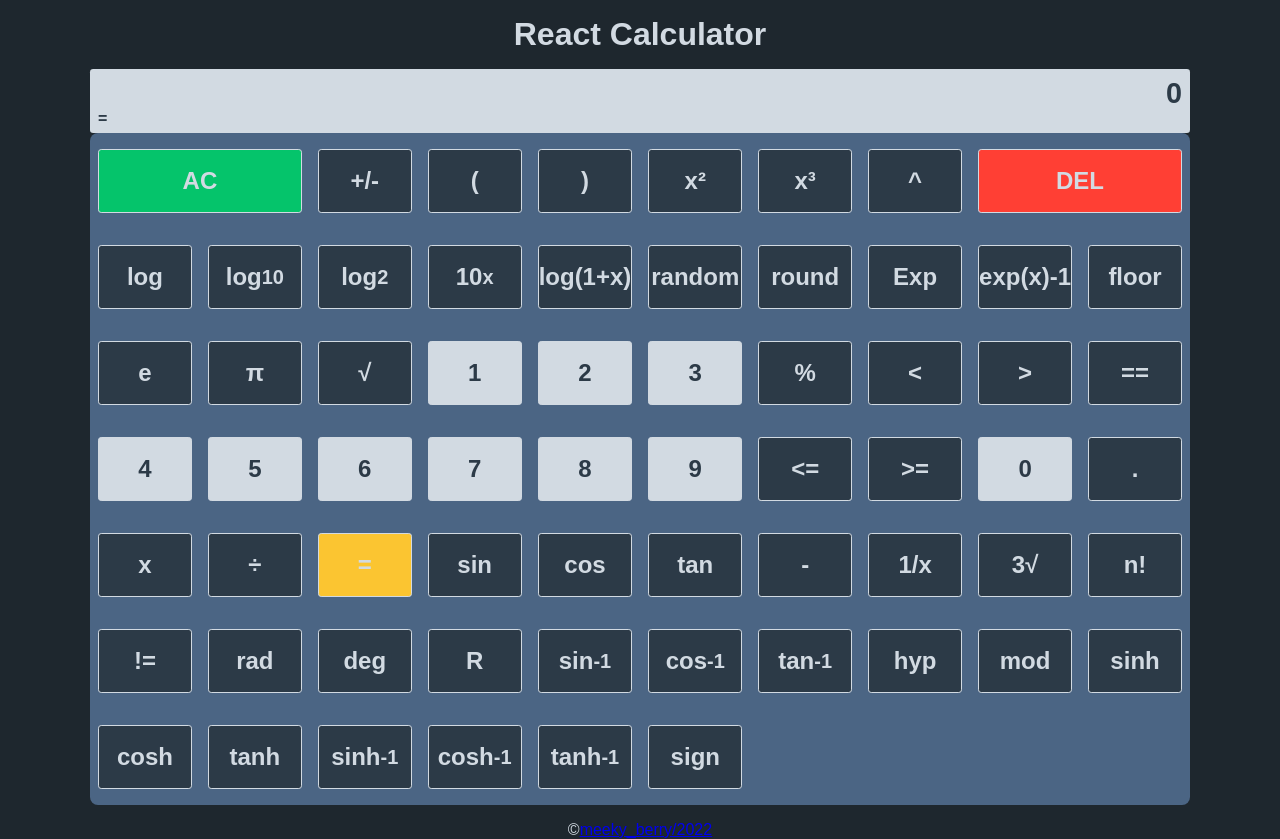
Repository: MikkyPrestige/calculator
Page: /
An editor plug-in stored every save of this project. The page is shown before and after the next save, followed by the edit.
The browser window is 1280 px wide. The pictures show the whole page.
The project was rebuilt for these pictures with package versions that can differ from the ones it lists, and the page was loaded fresh each time.

Above is the page before, as saved 2022-11-17 22:33:18.

### src/index.css
* {
 margin: 0;
 padding: 0;
 box-sizing: border-box;
}

body {
 font-family: 'Poppins', sans-serif;
 background: #1e272e;
}

.heading {
  color: #d2dae2;
  text-align: center;
  margin: 1rem;
}

.app-container {
 width: 100%;
 max-width: 1100px;
 margin: 1rem auto;
}

.display {
 background-color: #d2dae2;
 color: #2C3A47;
 height: 4rem;
 font-size: 1.8rem;
 font-weight: 700;
 display: flex;
 flex-direction: column;
 padding: .5rem;
 border-radius: .2rem;
}

.display-calc {
 display: flex;
 justify-content: flex-end;
 align-items: center;
}

.display-result {
 display: flex;
 justify-content: flex-start;
 align-items: center;
 font-size: 1rem;
 font-weight: 700;
}

.operators {
  display: grid;
  grid-template-columns: repeat(10, 1fr);
  grid-gap: 1rem;
  padding: .5rem;
  border-radius: .5rem;
  background-color: #4b6584;
  -webkit-border-radius: .5rem;
  -moz-border-radius: .5rem;
  -ms-border-radius: .5rem;
  -o-border-radius: .5rem;
}

.operator {
 background-color: #2C3A47;
 color: #d2dae2;
 font-size: 1.5rem;
 font-weight: 700;
 height: 4rem;
 display: flex;
 justify-content: center;
 align-items: center;
 border-radius: .2rem;
 border: 1px solid #d2dae2;
 margin: .5rem 0;
}

.operator:hover {
 background-color: #d2dae2;
 color: #2C3A47;
 cursor: pointer;
}

.operator:active {
 background-color: #2C3A47;
 color: #d2dae2;
}

.digit {
  background-color: #d2dae2;
  color: #2C3A47;
  font-size: 1.5rem;
  font-weight: 700;
  height: 4rem;
  display: flex;
  justify-content: center;
  align-items: center;
  border-radius: .2rem;
  border: 1px solid #d2dae2;
  margin: .5rem 0;
}

.digit:hover {
  background-color: #2C3A47;
  color: #d2dae2;
  cursor: pointer;
}

.digit:active {
  background-color: #d2dae2;
  color: #2C3A47;
}

.clear {
  background-color: #05c46b;
  color: #d2dae2;
  grid-column: 1 / 3;
  grid-row: 1 / 2;
}

.clear:hover {
  background-color: #d2dae2;
  color: #05c46b;
}

.clear:active {
  background-color: #05c46b;
  color: #d2dae2;
}

.delete {
  background-color: #ff3f34;
  color: #d2dae2;
  grid-column: 9 / -1;
  grid-row: 1 / 2;
}

.delete:hover {
  background-color: #d2dae2;
  color: #ff3f34;
}

.delete:active {
  background-color: #ff3f34;
  color: #d2dae2;
}

.equalTo {
  background-color: #fbc531;
  color: #d2dae2;
}

.equal:hover {
  background-color: #d2dae2;
  color: #fbc531;
}

.equal:active {
  background-color: #fbc531;
  color: #d2dae2;
}

.modulo {
  grid-column: 7 / 8;
  grid-row: 3 / 4;
}

.greater {
  grid-column: 8 / 9;
  grid-row: 3 / 4;
}

.less {
  grid-column: 9 / 10;
  grid-row: 3 / 4;
}

.equal {
  grid-column: 10 / 11;
  grid-row: 3 / 4;
}

.greaterTo {
  grid-column: 7 / 8;
  grid-row: 4 / 5;
}

.lessTo {
  grid-column: 8 / 9;
  grid-row: 4 / 5;
}


.plus {
  grid-column: 7 / 8;
  grid-row: 4 / 5;
}

.minus {
  grid-column: 7 / 8;
  grid-row: 5 / 6;
}
.cube {
 /* grid-row: 3; */
}

.sqrt {
 /* grid-row: 4; */
}

.exponent {
 /* grid-row: 5; */
}

.pie {
 /* grid-row: 5; */
}

.log {
 /* grid-row: 3; */
}

.logTen {
 /* grid-row: 4; */
}

.sin {
 /* grid-row: 3; */
}

.tan {
 /* grid-row: 4; */
}

.cos  {
 /* grid-row: 5; */
}

.zero {
 /* grid-row: 6; */
 /* grid-column: 5; */
}

.attribution {
  color: #d2dae2;
  text-align: center;
}

### src/App.js
import React from 'react';
import { useState } from 'react';

function App() {
  // DECLARE A NEW STATE VARIABLE
  const [calc, setCalc] = useState("");
  const [result, setResult] = useState("");

  // OPERATORS VARIABLE IS AN ARRAY OF OPERATORS THAT WILL BE USED TO CHECK IF THE USER IS TRYING TO ENTER AN OPERATOR OR NOT
  const ops = ["+", "-", "*", "/", ".", "<", ">", "<=", ">=", "±", "%", "!="];

  // UPDATE CALC STATE VARIABLE WITH THE VALUE OF THE BUTTON THAT WAS CLICKED
  const updateCalc = value => {
    if (
      (ops.includes(value) && calc === "") || // IF THE VALUE IS AN OPERATOR AND THE CALC STATE VARIABLE IS EMPTY
      (ops.includes(value) && ops.includes(calc.slice(-1))) // IF THE VALUE IS AN OPERATOR AND THE LAST CHARACTER OF THE CALC STATE VARIABLE IS ALSO AN OPERATOR
    ) {
      return;
    }

    setCalc(calc + value);  // UPDATE THE CALC STATE VARIABLE WITH THE VALUE OF THE BUTTON THAT WAS CLICKED

    if (!ops.includes(value)) {  // IF THE VALUE IS NOT AN OPERATOR
      setResult(eval(calc + value).toString());   // EVALUATE THE CALC STATE VARIABLE AND UPDATE THE RESULT STATE VARIABLE
    }
  };

  // CREATE CLEAR FUNCTION
  const clear = () => {
    setCalc("");    // SET CALC STATE VARIABLE TO EMPTY
    setResult("");  // SET RESULT STATE VARIABLE TO EMPTY
  };

  // CREATE DELETE FUNCTION
  const del = () => {
    if (calc === "") {
      return;
    }
    const value = calc.slice(0, -1);  // REMOVE THE LAST CHARACTER OF THE CALC STATE VARIABLE
    setCalc(value);  // UPDATE THE CALC STATE VARIABLE
  };

  // CREATE EVALUATE FUNCTION
  const calculate = () => {
    setCalc(eval(calc).toString());  // EVALUATE THE CALC STATE VARIABLE AND UPDATE THE CALC STATE VARIABLE
    setResult("");  // SET RESULT STATE VARIABLE TO EMPTY
  };

  // CREATE PERCENTAGE FUNCTION
  const percentage = () => {
    if (calc === "") {
      return;
    }
    const value = parseFloat(calc);   // CONVERT THE CALC STATE VARIABLE TO A FLOAT
    if (value === 0) {
      return;
    }
    setCalc((value / 100).toString());  // DIVIDE THE CALC STATE VARIABLE BY 100 AND UPDATE THE CALC STATE VARIABLE
  };

  // CREATE POSITIVE/NEGATIVE FUNCTION
  const posNeg = () => {
    if (calc === "") {
      return;
    }
    const value = parseFloat(calc);
    if (value === 0) {
      return;
    }
    setCalc((value * -1).toString());  // MULTIPLY THE CALC STATE VARIABLE BY -1 AND UPDATE THE CALC STATE VARIABLE
  };

  // CREATE BRACKET FUNCTION
  const bracket = value => {
    if (calc === "" && value === "(" && ")") { // IF THE CALC STATE VARIABLE IS EMPTY AND THE VALUE IS "(" && ")"
      setCalc(calc + value);
      return;
    }
    setCalc(calc + value);  // UPDATE THE CALC STATE VARIABLE WITH THE VALUE OF THE BUTTON THAT WAS CLICKED
  };

  // CREATE SQUARE FUNCTION
  const square = () => {
    if (calc === "") {
      return;
    }
    const value = parseFloat(calc);
    if (value === 0) {
      return;
    }
    setCalc((value * value).toString());  // MULTIPLY THE CALC STATE VARIABLE BY ITSELF AND UPDATE THE CALC STATE VARIABLE
  };

  // CREATE A CUBE FUNCTION
  const cube = () => {
    if (calc === "") {
      return;
    }
    const value = parseFloat(calc);
    if (value === 0) {
      return;
    }
    setCalc((value * value * value).toString());  // MULTIPLY THE CALC STATE VARIABLE BY ITSELF THREE TIMES AND UPDATE THE CALC STATE VARIABLE
  };

  // CREATE SQUARE ROOT FUNCTION
  const squareRoot = () => {
    if (calc === "") {
      return;
    }
    const value = parseFloat(calc);
    if (value === 0) {
      return;
    }
    setCalc(Math.sqrt(value).toString());  // CALCULATE THE SQUARE ROOT OF THE CALC STATE VARIABLE AND UPDATE THE CALC STATE VARIABLE
  };

  // CREATE PI FUNCTION
  const pi = () => {
    if (calc === "") {
      return;
    }
    const value = parseFloat(calc);
    if (value === 0) {
      return;
    }
    setCalc((value * 3.141592653589793).toString());  // MULTIPLY THE CALC STATE VARIABLE BY PI AND UPDATE THE CALC STATE VARIABLE
  };

  // CREATE E FUNCTION
  const e = () => {
    if (calc === "") {
      return;
    }
    const value = parseFloat(calc);
    if (value === 0) {
      return;
    }
    setCalc((value * 2.718281828459045).toString());  // MULTIPLY THE CALC STATE VARIABLE BY E AND UPDATE THE CALC STATE VARIABLE
  };

  // CREATE LOG FUNCTION
  const log = () => {
    if (calc === "") {
      return;
    }
    const value = parseFloat(calc);
    if (value === 0) {
      return;
    }
    setCalc(Math.log(value).toString());  // CALCULATE THE LOGARITHM OF THE CALC STATE VARIABLE AND UPDATE THE CALC STATE VARIABLE
  };

  // CREATE BASE 10 LOG FUNCTION
  const log10 = () => {
    if (calc === "") {
      return;
    }
    const value = parseFloat(calc);
    if (value === 0) {
      return;
    }
    setCalc(Math.log10(value).toString());  // CALCULATE THE BASE 10 LOGARITHM OF THE CALC STATE VARIABLE AND UPDATE THE CALC STATE VARIABLE
  };

  // CREATE BASE 2 LOG FUNCTION
  const log2 = () => {
    if (calc === "") {
      return;
    }
    const value = parseFloat(calc);
    if (value === 0) {
      return;
    }
    setCalc(Math.log2(value).toString());  // CALCULATE THE BASE 2 LOGARITHM OF THE CALC STATE VARIABLE AND UPDATE THE CALC STATE VARIABLE
  };

  // CREATE LOG1P FUNCTION
  const log1p = () => {
    if (calc === "") {
      return;
    }
    const value = parseFloat(calc);
    if (value === 0) {
      return;
    }
    setCalc(Math.log1p(value).toString());  // CALCULATE THE LOGARITHM OF THE CALC STATE VARIABLE PLUS 1 AND UPDATE THE CALC STATE VARIABLE
  };

  // CREATE EXPONENTIAL -1 FUNCTION
  const expm1 = () => {
    if (calc === "") {
      return;
    }
    const value = parseFloat(calc);
    if (value === 0) {
      return;
    }
    setCalc(Math.expm1(value).toString());  // CALCULATE THE EXPONENTIAL OF THE CALC STATE VARIABLE MINUS 1 AND UPDATE THE CALC STATE VARIABLE
  };

  // CREATE SIGN FUNCTION
  const sign = () => {
    if (calc === "") {
      return;
    }
    const value = parseFloat(calc);
    if (value === 0) {
      return;
    }
    setCalc(Math.sign(value).toString());  // CALCULATE THE SIGN OF THE CALC STATE VARIABLE AND UPDATE THE CALC STATE VARIABLE
  };

  // CREATE RAISE TO POWER 10 FUNCTION
  const pow10 = () => {
    if (calc === "") {
      return;
    }
    const value = parseFloat(calc);
    if (value === 0) {
      return;
    }
    setCalc(Math.pow(10, value).toString());  // RAISE 10 TO THE POWER OF THE CALC STATE VARIABLE AND UPDATE THE CALC STATE VARIABLE
  };

  // CREATE SIN FUNCTION
  const sin = () => {
    if (calc === "") {
      return;
    }
    const value = parseFloat(calc);
    if (value === 0) {
      return;
    }
    setCalc(Math.sin(value).toString());  // CALCULATE THE SINE OF THE CALC STATE VARIABLE AND UPDATE THE CALC STATE VARIABLE
  };

  // CREATE COS FUNCTION
  const cos = () => {
    if (calc === "") {
      return;
    }
    const value = parseFloat(calc);
    if (value === 0) {
      return;
    }
    setCalc(Math.cos(value).toString());  // CALCULATE THE COSINE OF THE CALC STATE VARIABLE AND UPDATE THE CALC STATE VARIABLE
  };

  // CREATE TAN FUNCTION
  const tan = () => {
    if (calc === "") {
      return;
    }
    const value = parseFloat(calc);
    if (value === 0) {
      return;
    }
    setCalc(Math.tan(value).toString());  // CALCULATE THE TANGENT OF THE CALC STATE VARIABLE AND UPDATE THE CALC STATE VARIABLE
  };

  // CREATE INVERSE SIN FUNCTION
  const asin = () => {
    if (calc === "") {
      return;
    }
    const value = parseFloat(calc);
    if (value === 0) {
      return;
    }
    setCalc(Math.asin(value).toString());  // CALCULATE THE INVERSE SINE OF THE CALC STATE VARIABLE AND UPDATE THE CALC STATE VARIABLE
  };

  // CREATE INVERSE COS FUNCTION
  const acos = () => {
    if (calc === "") {
      return;
    }
    const value = parseFloat(calc);
    if (value === 0) {
      return;
    }
    setCalc(Math.acos(value).toString());  // CALCULATE THE INVERSE COSINE OF THE CALC STATE VARIABLE AND UPDATE THE CALC STATE VARIABLE
  };

  // CREATE INVERSE TAN FUNCTION
  const atan = () => {
    if (calc === "") {
      return;
    }
    const value = parseFloat(calc);
    if (value === 0) {
      return;
    }
    setCalc(Math.atan(value).toString());  // CALCULATE THE INVERSE TANGENT OF THE CALC STATE VARIABLE AND UPDATE THE CALC STATE VARIABLE
  };

  // CREATE SINH FUNCTION
  const sinh = () => {
    if (calc === "") {
      return;
    }
    const value = parseFloat(calc);
    if (value === 0) {
      return;
    }
    setCalc(Math.sinh(value).toString());  // CALCULATE THE HYPERBOLIC SINE OF THE CALC STATE VARIABLE AND UPDATE THE CALC STATE VARIABLE
  };

  // CREATE COSH FUNCTION
  const cosh = () => {
    if (calc === "") {
      return;
    }
    const value = parseFloat(calc);
    if (value === 0) {
      return;
    }
    setCalc(Math.cosh(value).toString());  // CALCULATE THE HYPERBOLIC COSINE OF THE CALC STATE VARIABLE AND UPDATE THE CALC STATE VARIABLE
  };

  // CREATE TANH FUNCTION
  const tanh = () => {
    if (calc === "") {
      return;
    }
    const value = parseFloat(calc);
    if (value === 0) {
      return;
    }
    setCalc(Math.tanh(value).toString());  // CALCULATE THE HYPERBOLIC TANGENT OF THE CALC STATE VARIABLE AND UPDATE THE CALC STATE VARIABLE
  };

  // CREATE INVERSE SINH FUNCTION
  const asinh = () => {
    if (calc === "") {
      return;
    }
    const value = parseFloat(calc);
    if (value === 0) {
      return;
    }
    setCalc(Math.asinh(value).toString());  // CALCULATE THE INVERSE HYPERBOLIC SINE OF THE CALC STATE VARIABLE AND UPDATE THE CALC STATE VARIABLE
  };

  // CREATE INVERSE COSH FUNCTION
  const acosh = () => {
    if (calc === "") {
      return;
    }
    const value = parseFloat(calc);
    if (value === 0) {
      return;
    }
    setCalc(Math.acosh(value).toString());  // CALCULATE THE INVERSE HYPERBOLIC COSINE OF THE CALC STATE VARIABLE AND UPDATE THE CALC STATE VARIABLE
  };

  // CREATE INVERSE TANH FUNCTION
  const atanh = () => {
    if (calc === "") {
      return;
    }
    const value = parseFloat(calc);
    if (value === 0) {
      return;
    }
    setCalc(Math.atanh(value).toString());  // CALCULATE THE INVERSE HYPERBOLIC TANGENT OF THE CALC STATE VARIABLE AND UPDATE THE CALC STATE VARIABLE
  };

  // CREATE HYPOTENUSE FUNCTION
  const hyp = () => {
    if (calc === "") {
      return;
    }
    const value = parseFloat(calc);
    if (value === 0) {
      return;
    }
    setCalc(Math.hypot(value).toString());  // CALCULATE THE HYPOTENUSE OF THE CALC STATE VARIABLE AND UPDATE THE CALC STATE VARIABLE
  };


  // CREATE RADIAN FUNCTION
  const radian = () => {
    if (calc === "") {
      return;
    }
    const value = parseFloat(calc);
    if (value === 0) {
      return;
    }
    setCalc((value * 0.017453292519943295).toString());  // MULTIPLY THE CALC STATE VARIABLE BY RADIAN AND UPDATE THE CALC STATE VARIABLE
  };

  // CREATE DEGREE FUNCTION
  const degree = () => {
    if (calc === "") {
      return;
    }
    const value = parseFloat(calc);
    if (value === 0) {
      return;
    }
    setCalc((value * 57.29577951308232).toString());  // MULTIPLY THE CALC STATE VARIABLE BY DEGREE AND UPDATE THE CALC STATE VARIABLE
  };

  // CREATE RADIUS FUNCTION
  const radius = () => {
    if (calc === "") {
      return;
    }
    const value = parseFloat(calc);
    if (value === 0) {
      return;
    }
    setCalc((value * 0.5).toString());  // MULTIPLY THE CALC STATE VARIABLE BY RADIUS AND UPDATE THE CALC STATE VARIABLE
  };

  // CREATE RECIPROCAL/INVERSE FUNCTION
  const reciprocal = () => {
    if (calc === "") {
      return;
    }
    const value = parseFloat(calc);
    if (value === 0) {
      return;
    }
    setCalc((1 / value).toString());  // DIVIDE 1 BY THE CALC STATE VARIABLE AND UPDATE THE CALC STATE VARIABLE
  };

  // CREATE RANDOM FUNCTION
  const random = () => {
    if (calc === "") {
      return;
    }
    const value = parseFloat(calc);
    if (value === 0) {
      return;
    }
    setCalc(Math.random(value).toString());  // RANDOMLY GENERATE A NUMBER AND UPDATE THE CALC STATE VARIABLE
  };

  // CREATE ROUND FUNCTION
  const round = () => {
    if (calc === "") {
      return;
    }
    const value = parseFloat(calc);
    if (value === 0) {
      return;
    }
    setCalc(Math.round(value).toString());  // ROUND THE CALC STATE VARIABLE AND UPDATE THE CALC STATE VARIABLE
  };

  // CREATE FLOOR FUNCTION
  const floor = () => {
    if (calc === "") {
      return;
    }
    const value = parseFloat(calc);
    if (value === 0) {
      return;
    }
    setCalc(Math.floor(value).toString());  // FLOOR OF THE CALC STATE VARIABLE AND UPDATE THE CALC STATE VARIABLE
  };

  // CREATE EXPONENTIAL FUNCTION
  const exponential = () => {
    if (calc === "") {
      return;
    }
    const value = parseFloat(calc);
    if (value === 0) {
      return;
    }
    setCalc(Math.exp(value).toString());  // EXPONENTIAL OF THE CALC STATE VARIABLE AND UPDATE THE CALC STATE VARIABLE
  };

  // CREATE CUBE ROOT FUNCTION
  const cubeRoot = () => {
    if (calc === "") {
      return;
    }
    const value = parseFloat(calc);
    if (value === 0) {
      return;
    }
    setCalc(Math.cbrt(value).toString());  // CUBE ROOT OF THE CALC STATE VARIABLE AND UPDATE THE CALC STATE VARIABLE
  };

  // CREATE FACTORIAL FUNCTION
  const factorial = () => {
    if (calc === "") {
      return;
    }
    const value = parseFloat(calc);
    if (value === 0) {
      return;
    }
    setCalc(factorialize(value).toString());  // FACTORIAL OF THE CALC STATE VARIABLE AND UPDATE THE CALC STATE VARIABLE
  };

  // CREATE FACTORIAL FUNCTION
  const factorialize = (num) => {
    if (num < 0) {
      return -1;
    } else if (num === 0) {
      return 1;
    } else {
      return num * factorialize(num - 1);
    }
  };

  // CREATE DIGITS FUNCTION
  const createDigits = () => {
    const digits = []; // CREATE DIGITS ARRAY
    for (let i = 1; i < 10; i++) { // LOOP THROUGH DIGITS 1-9
      digits.push(i); // PUSH NUMBERS 1-9 TO DIGITS ARRAY
    }
    return digits;
  };

  //RETURN THE CALCULATOR SCREEN AND BUTTONS
  return (
    <div className='app'>
      <header>
        <h1 className='heading'>React Calculator</h1>
      </header>
      <div className='app-container'>
        <div className='display'>
          <div className='display-calc'>
            {calc || "0"}  {/* DISPLAY CALC STATE VARIABLE OR 0 */}
          </div>
          <div className='display-result'>
            = {result}  {/* DISPLAY RESULT STATE VARIABLE */}
          </div>
        </div>
        <div className='operators'>
          <button onClick={clear} className='operator clear'>AC</button>
          <button onClick={posNeg} className='operator'>+/-</button>
          <button onClick={() => bracket('(')} className='operator'>(</button>
          <button onClick={() => bracket(')')} className='operator'>)</button>
          <button onClick={square} className='operator'>x²</button>
          <button onClick={del} className='operator delete'>DEL</button>
          <button onClick={cube} className='operator cube'>x³</button>
          <button onClick={() => updateCalc('**')} className='operator'>^</button>
          <button onClick={log} className='operator log'>log</button>
          <button onClick={log10} className='operator logTen'>log<sub>10</sub></button>
          <button onClick={log2} className='operator'>log<sub>2</sub></button>
          <button onClick={pow10} className='operator'>10<sup>x</sup></button>
          <button onClick={log1p} className='operator'>log(1+x)</button>
          <button onClick={random} className='operator'>random</button>
          <button onClick={round} className='operator'>round</button>
          <button onClick={exponential} className='operator'>Exp</button>
          <button onClick={expm1} className='operator'>exp(x)-1</button>
          <button onClick={floor} className='operator'>floor</button>
          <button onClick={e} className='operator exponent'>e</button>
          <button onClick={pi} className='operator pie'>π</button>
          <button onClick={squareRoot} className='operator sqrt'>√</button>
          {createDigits().map((digit) => (
            <button onClick={() => updateCalc(digit.toString())} className='digit' key={digit}>{digit}</button> // CREATE DIGITS BUTTONS AND MAP THROUGH DIGITS ARRAY TO DISPLAY DIGITS 1-9 ON BUTTONS
          ))}
          <button onClick={() => updateCalc('0')} className='zero digit'>0</button>
          <button onClick={() => updateCalc('.')} className='operator'>.</button>
          <button onClick={percentage} className='operator modulo'>%</button>
          <button onClick={() => updateCalc('*')} className='operator multiply'>x</button>
          <button onClick={() => updateCalc('/')} className='operator divide'>÷</button>
          <button onClick={() => updateCalc('-')} className='operator minus'>-</button>
          <button onClick={() => updateCalc('+')} className='operator plus'>+</button>
          <button onClick={calculate} className='operator equalTo'>=</button>
          <button onClick={sin} className='operator sin'>sin</button>
          <button onClick={cos} className='operator cos'>cos</button>
          <button onClick={tan} className='operator tan'>tan</button>
          <button onClick={reciprocal} className='operator'>1/x</button>
          <button onClick={cubeRoot} className='operator'>3√</button>
          <button onClick={factorial} className='operator'>n!</button>
          <button onClick={() => updateCalc('==')} className='operator equal'>==</button>
          <button onClick={() => updateCalc('<')} className='operator greater'>{'<'}</button>
          <button onClick={() => updateCalc('>')} className='operator less'>{'>'}</button>
          <button onClick={() => updateCalc('<=')} className='operator greaterTo'>{'<='}</button>
          <button onClick={() => updateCalc('>=')} className='operator lessTo'>{'>='}</button>
          <button onClick={() => updateCalc('!=')} className='operator notequal'>{'!='}</button>
          <button onClick={radian} className='operator'>rad</button>
          <button onClick={degree} className='operator'>deg</button>
          <button onClick={radius} className='operator'>R</button>
          <button onClick={asin} className='operator'>sin<sup>-1</sup></button>
          <button onClick={acos} className='operator'>cos<sup>-1</sup></button>
          <button onClick={atan} className='operator'>tan<sup>-1</sup></button>
          <button onClick={hyp} className='operator'>hyp</button>
          <button onClick={() => updateCalc('%')} className='operator'>mod</button>
          <button onClick={sinh} className='operator'>sinh</button>
          <button onClick={cosh} className='operator'>cosh</button>
          <button onClick={tanh} className='operator'>tanh</button>
          <button onClick={asinh} className='operator'>sinh<sup>-1</sup></button>
          <button onClick={acosh} className='operator'>cosh<sup>-1</sup></button>
          <button onClick={atanh} className='operator'>tanh<sup>-1</sup></button>
          <button onClick={sign} className='operator'>sign</button>
        </div>
      </div>
      <footer className='attribution'>&copy;<a meeky_berry href="https://github.com/MeekyBerry" target="_blank" rel="noreferrer">meeky_berry/2022</a></footer>
    </div>
  );
}

// EXPORT APP
export default App;

Loaded but not shown: public/index.html (common file); src/index.js (common file)

After the next save:
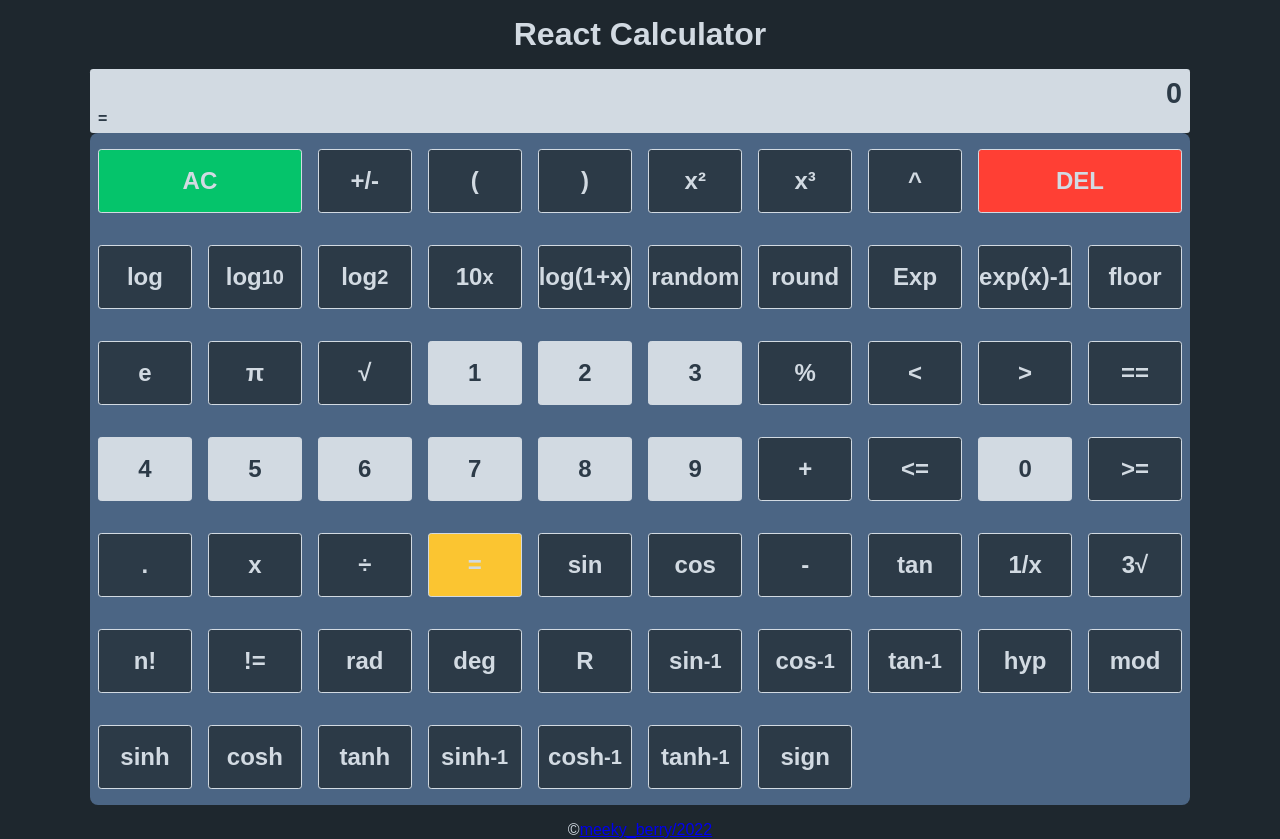
Saved 27 s later.
--- a/src/index.css
+++ b/src/index.css
@@ -180,12 +180,12 @@ body {
 }
 
 .greaterTo {
-  grid-column: 7 / 8;
+  grid-column: 8 / 9;
   grid-row: 4 / 5;
 }
 
 .lessTo {
-  grid-column: 8 / 9;
+  grid-column: 10 / 11;
   grid-row: 4 / 5;
 }
 
